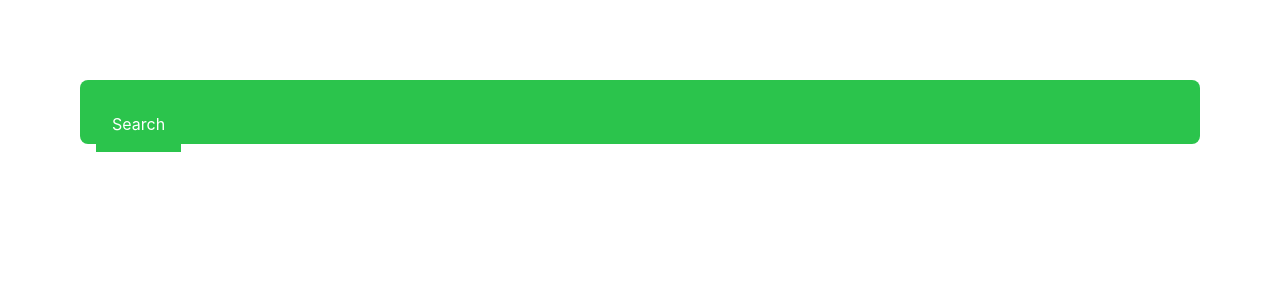
Repository: arafatmollah/pharma
Page: /
These files come from the project's save history. The page is drawn as it stood at one moment and after a run of saves; the edit follows.
The browser window is 1280 px wide. The pictures show the whole page.
The project was rebuilt for these pictures with package versions that can differ from the ones it lists, and the page was loaded fresh each time.

Above is the page before, as saved 2023-03-12 00:59:58.

### src/App.js

import './App.css';
import Nav from './Nav';

function App() {
  return (
    <div className="App">
      <Nav></Nav>
    </div>
  );
}

export default App;

### src/App.css
.box-border{
    background-color: #08A1BC;
}
.p-4{
    background-color: #2BC44C;
    color: white;
}

### src/Nav.js
import React from 'react'
import './App.css';

function Nav() {
  return (
    <div>
        <div className='box-border h-16 w-100 p-4 m-20 rounded-lg'>
          <button className='p-4'>Search</button>
        </div>
    </div>
  )
}

export default Nav

Loaded but not shown: public/index.html (common file); src/index.js (common file); src/index.css (common file); src/reportWebVitals.js (common file); tailwind.config.js (common file)

After the next 2 saves:
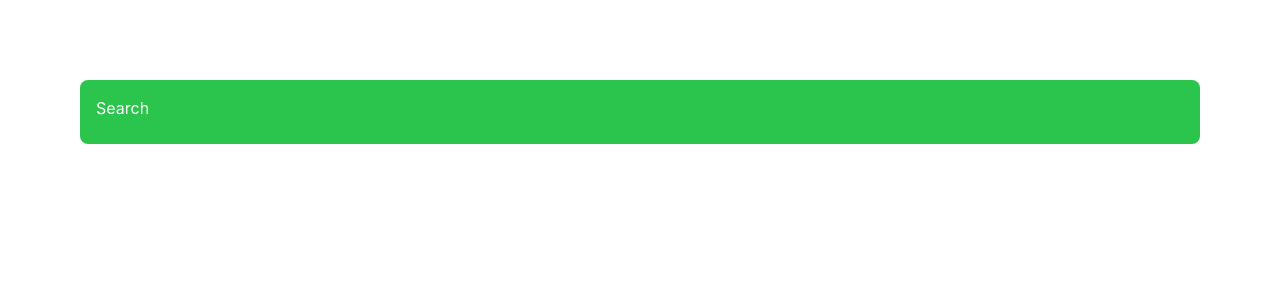
The 2 saves are shown as one change because they came seconds apart.
The last was saved 24 s later.
--- a/src/Nav.js
+++ b/src/Nav.js
@@ -5,7 +5,7 @@ function Nav() {
   return (
     <div>
         <div className='box-border h-16 w-100 p-4 m-20 rounded-lg'>
-          <button className='p-4'>Search</button>
+          <button className='p'>Search</button>
         </div>
     </div>
   )
